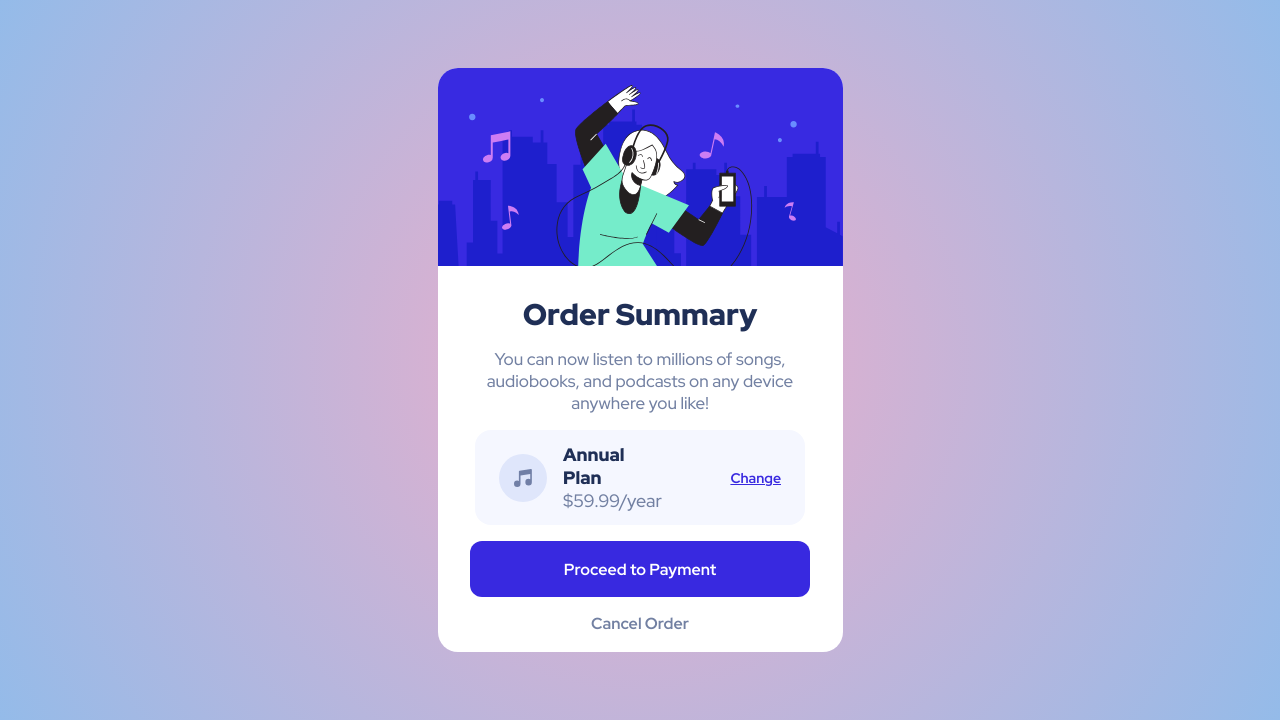
Repository: KamoliddinGIT/order-summary-card
Page: index.html
The author's editor kept a copy of each file at every save. The page is drawn from the files as they stood at one save, then again after a run of saves.
The browser window is 1280 px wide. The pictures show the whole page.

Above is the page before, as saved 2023-09-13 11:22:30.

After the next 2 saves:
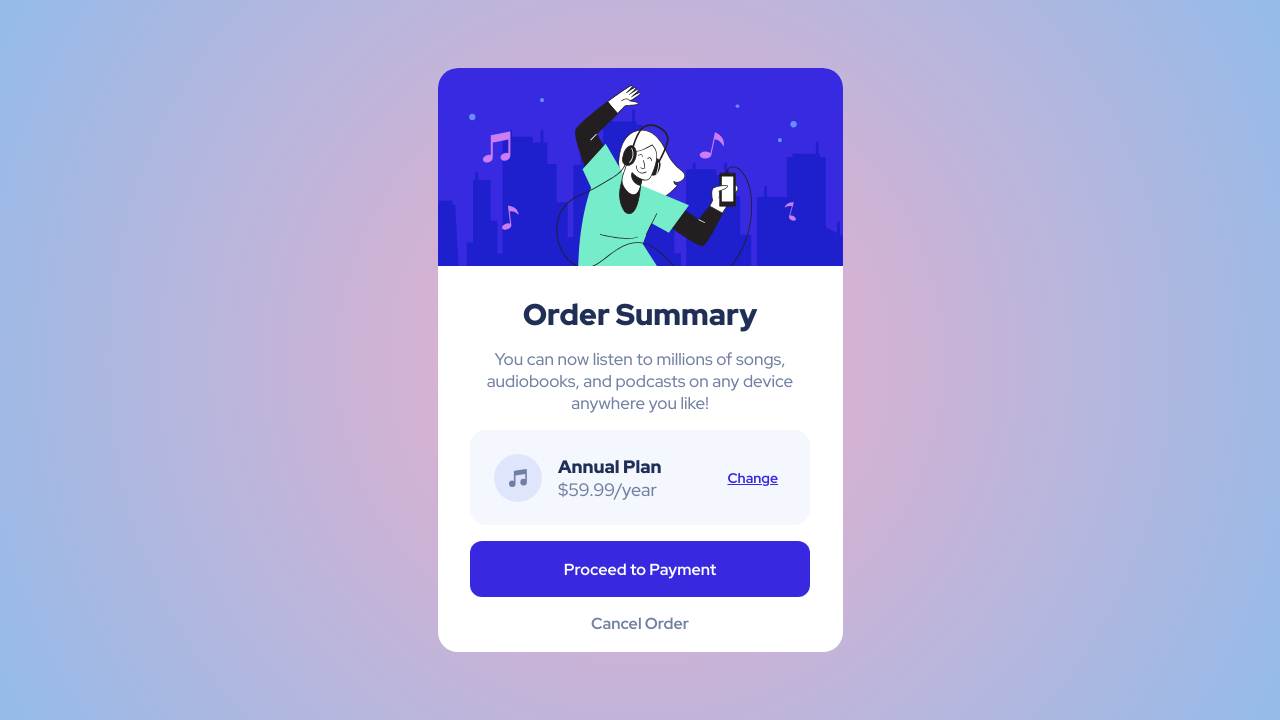
The 2 saves are shown as one change because they came seconds apart.
The last was saved 5 s later.
--- a/css/style.css
+++ b/css/style.css
@@ -57,7 +57,7 @@
 }
 
 .item__payment {
-  width: 330px;
+  width: 340px;
   height: 95px;
   align-items: center;
   background-color: #f5f7ff;
